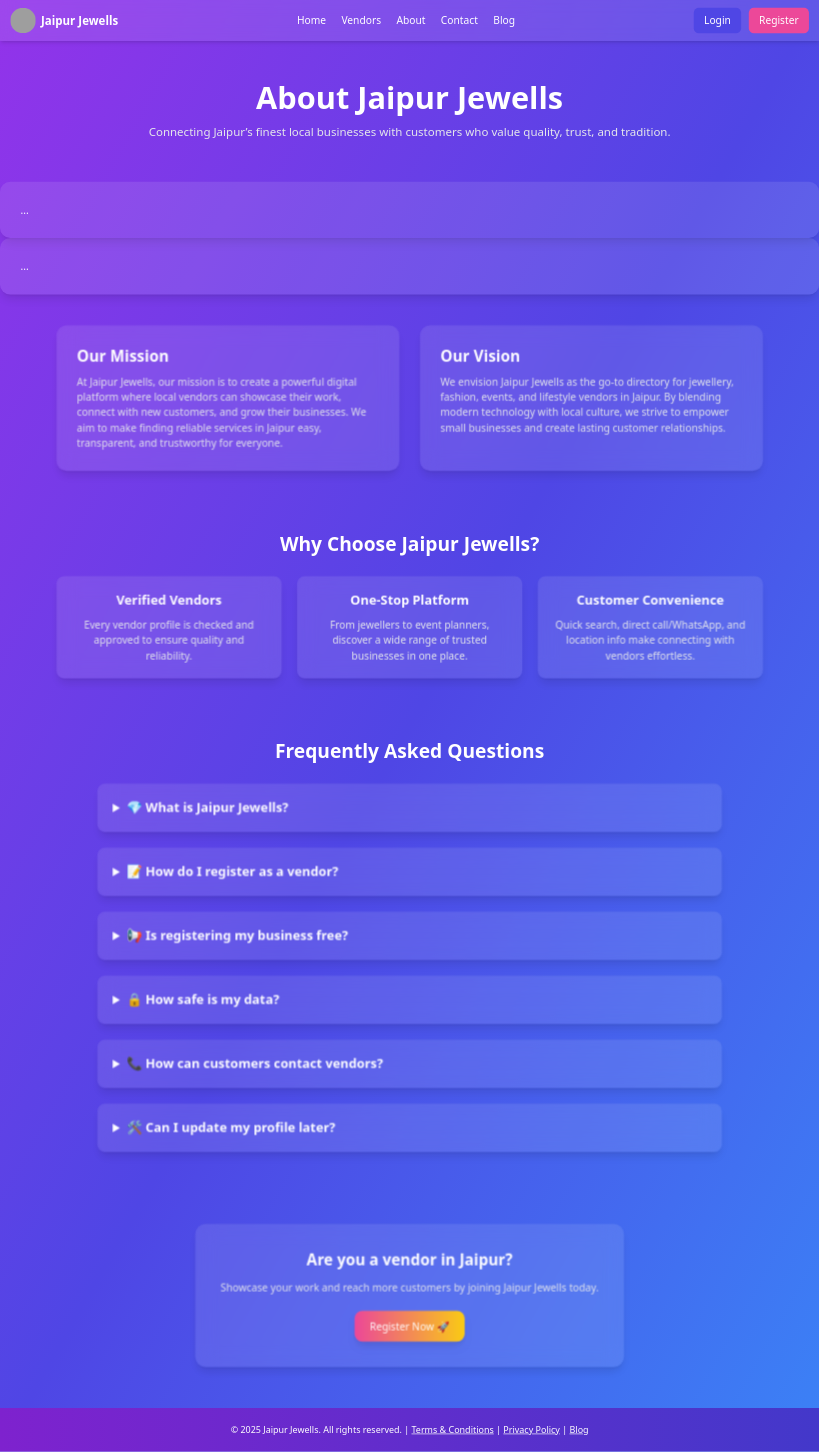
Repository: aayushtailor/VendorConnect
Page: about.html
The author's editor kept a copy of each file at every save. The page is drawn from the files as they stood at one save, then again after a run of saves.
The browser window is 1280 px wide. The pictures show the whole page, at 64% of full size.
Pictures or frames that could not be fetched are drawn as grey boxes. Some web libraries are served in a nearby version.

Above is the page before, as saved 2025-09-20 12:40:15.

After the next 2 saves:
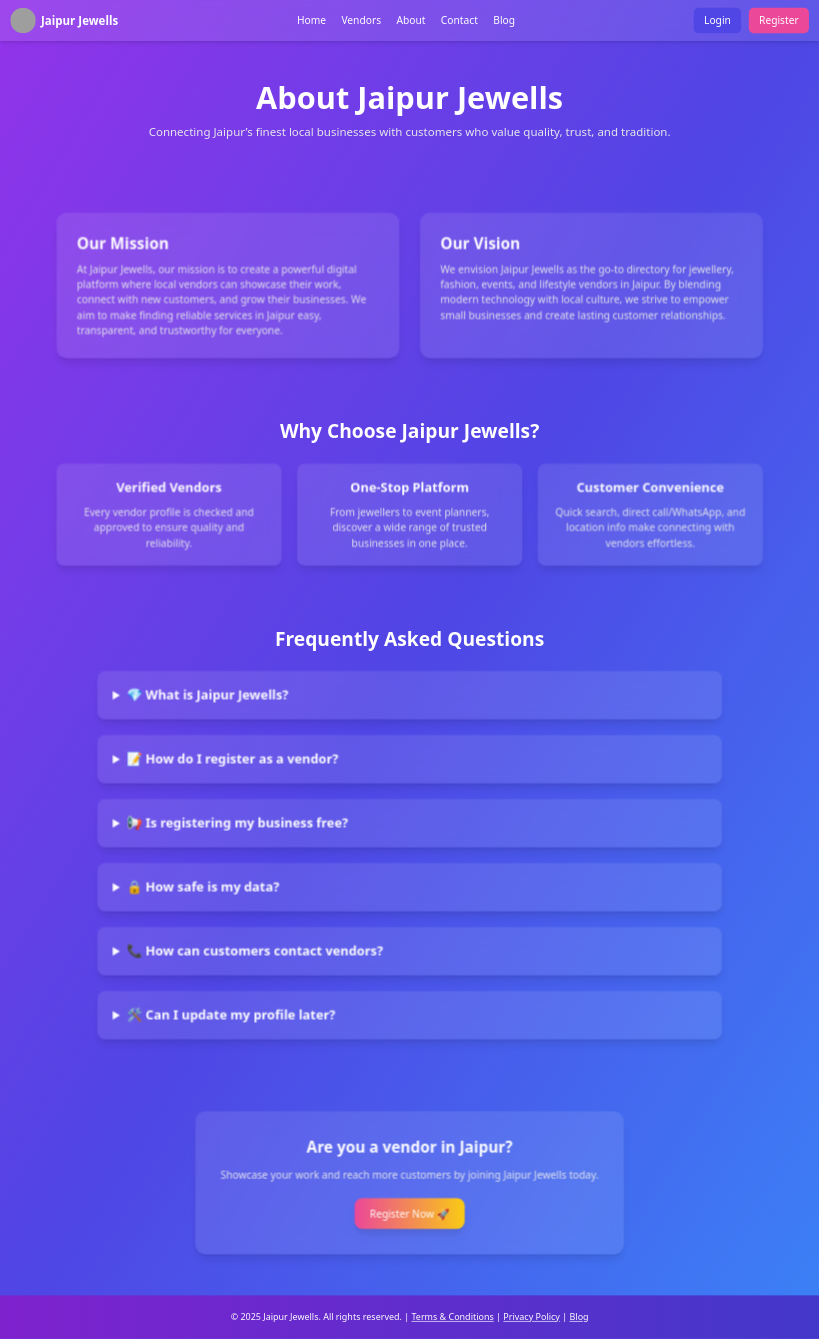
The 2 saves are shown as one change because they came seconds apart.
The last was saved 11 s later.
--- a/about.html
+++ b/about.html
@@ -68,8 +68,6 @@
   </section>
 
   <!-- Mission & Vision -->
-   <div data-aos="fade-right" class="bg-white/10 p-8 rounded-2xl shadow-lg">...</div>
-<div data-aos="fade-left" class="bg-white/10 p-8 rounded-2xl shadow-lg">...</div>
 
   <section class="max-w-6xl mx-auto px-6 py-12 grid md:grid-cols-2 gap-8">
     <div class="bg-white/10 backdrop-blur-lg rounded-2xl p-8 shadow-lg">
@@ -106,7 +104,6 @@
   </section>
 
   <!-- FAQ Section -->
-
   <section class="max-w-5xl mx-auto px-6 py-12">
     <h2 class="text-3xl font-bold text-center mb-8">Frequently Asked Questions</h2>
     <div class="space-y-6">
